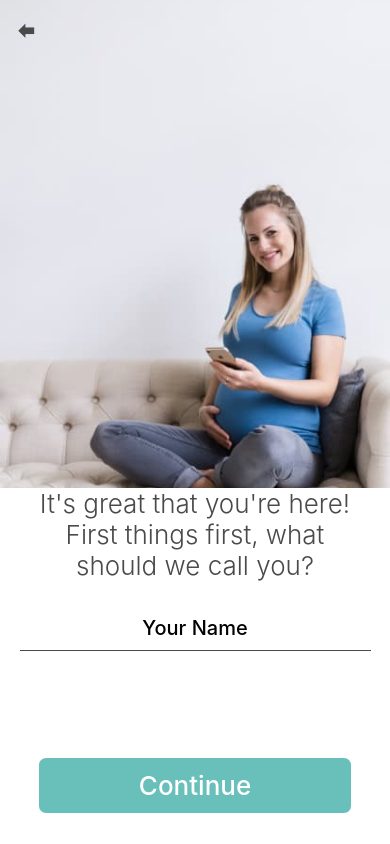
Repository: pheonixlegend/keleya
Screen: /Name
The author's editor kept a copy of each file at every save. The screen is drawn from the files as they stood at one save, then again after the next save.
The app was drawn by React Native's web renderer in a window 390 px wide. The project was rebuilt for these pictures with package versions that can differ from the ones it lists, and the page was loaded fresh each time. Also part of the build but not shown: components/ImageHeader.tsx, components/LoginSignupDetails.tsx, screens/SignUp.tsx, screens/SignIn.tsx, screens/Date.tsx, screens/Workout.tsx, screens/Success.tsx.

Above is the screen before, as saved 2021-10-10 14:44:12.

After the next save:
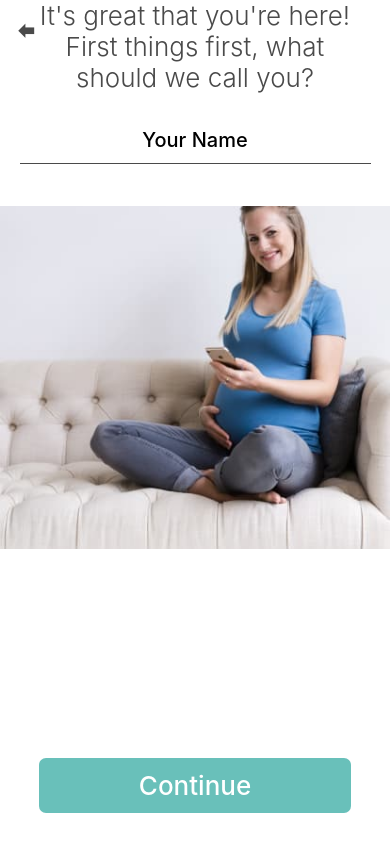
Saved 61 s later.
--- a/components/NameTimeDetails.tsx
+++ b/components/NameTimeDetails.tsx
@@ -58,7 +58,6 @@
     justifyContent: 'flex-start',
     alignItems: 'center',
     backgroundColor: 'white',
-    marginTop: '125%',
     paddingLeft: '5%',
     paddingRight: '5%'
   },

After the save that followed:
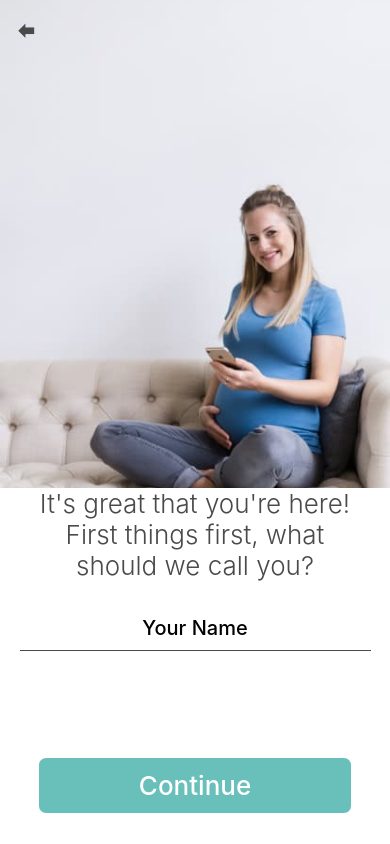
Saved 46 s later.
--- a/components/NameTimeDetails.tsx
+++ b/components/NameTimeDetails.tsx
@@ -58,6 +58,7 @@
     justifyContent: 'flex-start',
     alignItems: 'center',
     backgroundColor: 'white',
+    marginTop: '125%',
     paddingLeft: '5%',
     paddingRight: '5%'
   },
